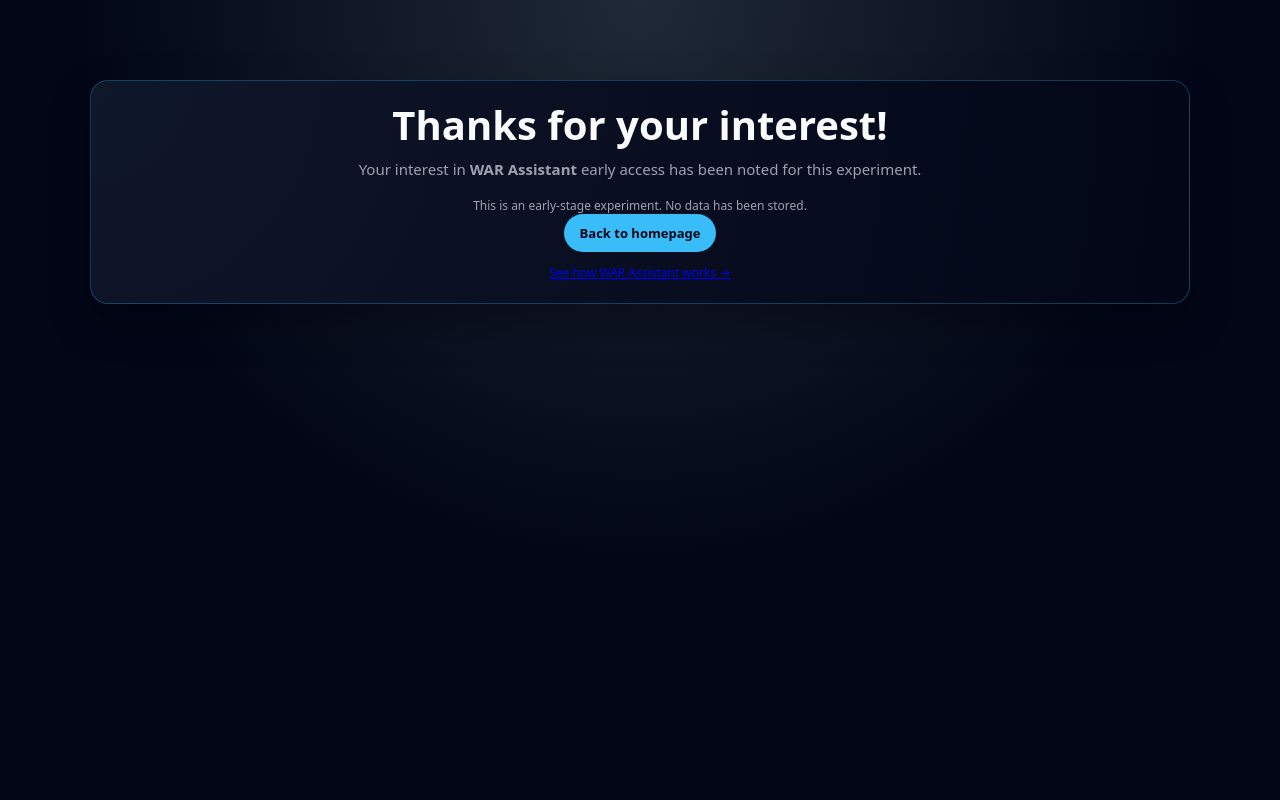
Repository: ggonzalezdal/war-assistant-landing-page
Page: thanks.html
These files come from the project's save history. The page is drawn as it stood at one moment and after the next save; the edit follows.
The browser window is 1280 px wide. The pictures show the whole page.

Above is the page before, as saved 2025-12-21 21:29:40.

After the next save:
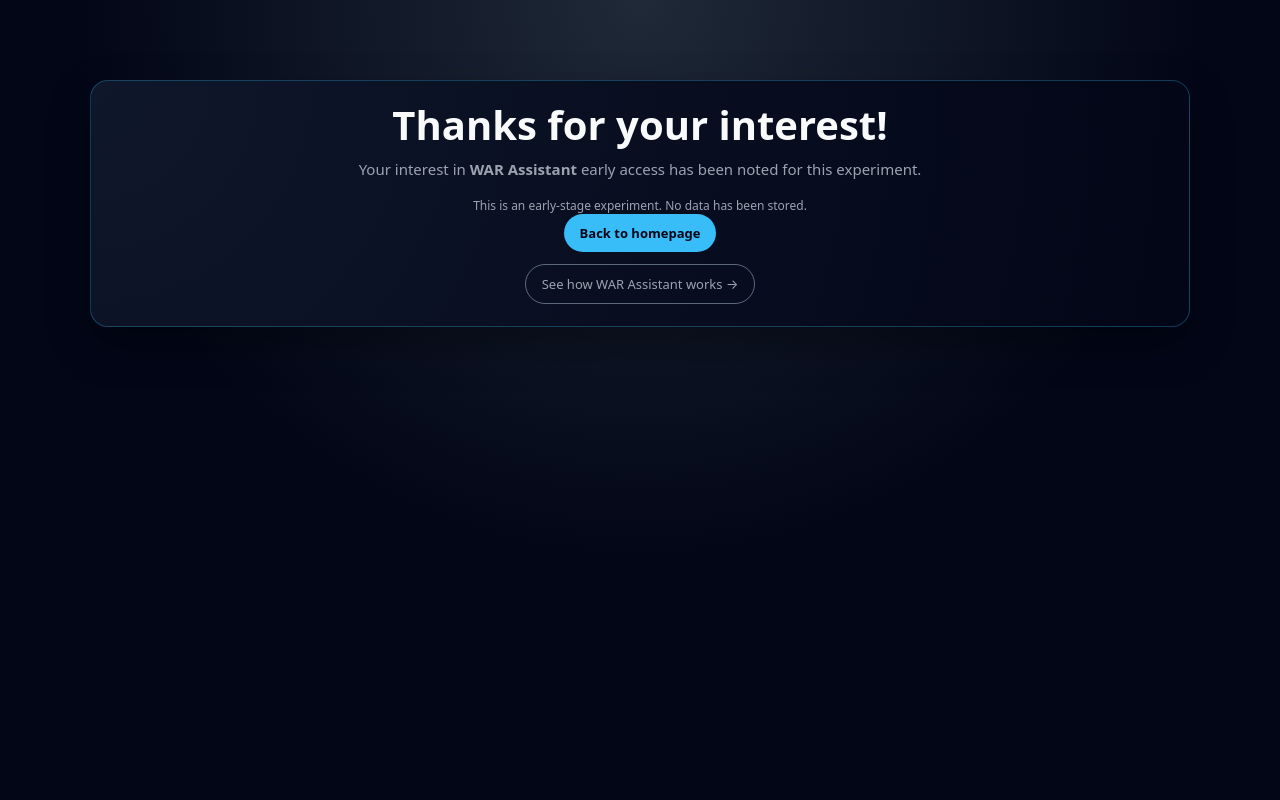
Saved 78 s later.
--- a/thanks.html
+++ b/thanks.html
@@ -38,7 +38,7 @@
             href="https://ggonzalezdal.github.io/war-assistant/"
             target="_blank"
             rel="noopener noreferrer"
-            class="external-link"
+            class="btn btn-ghost"
           >
             See how WAR Assistant works →
           </a>
